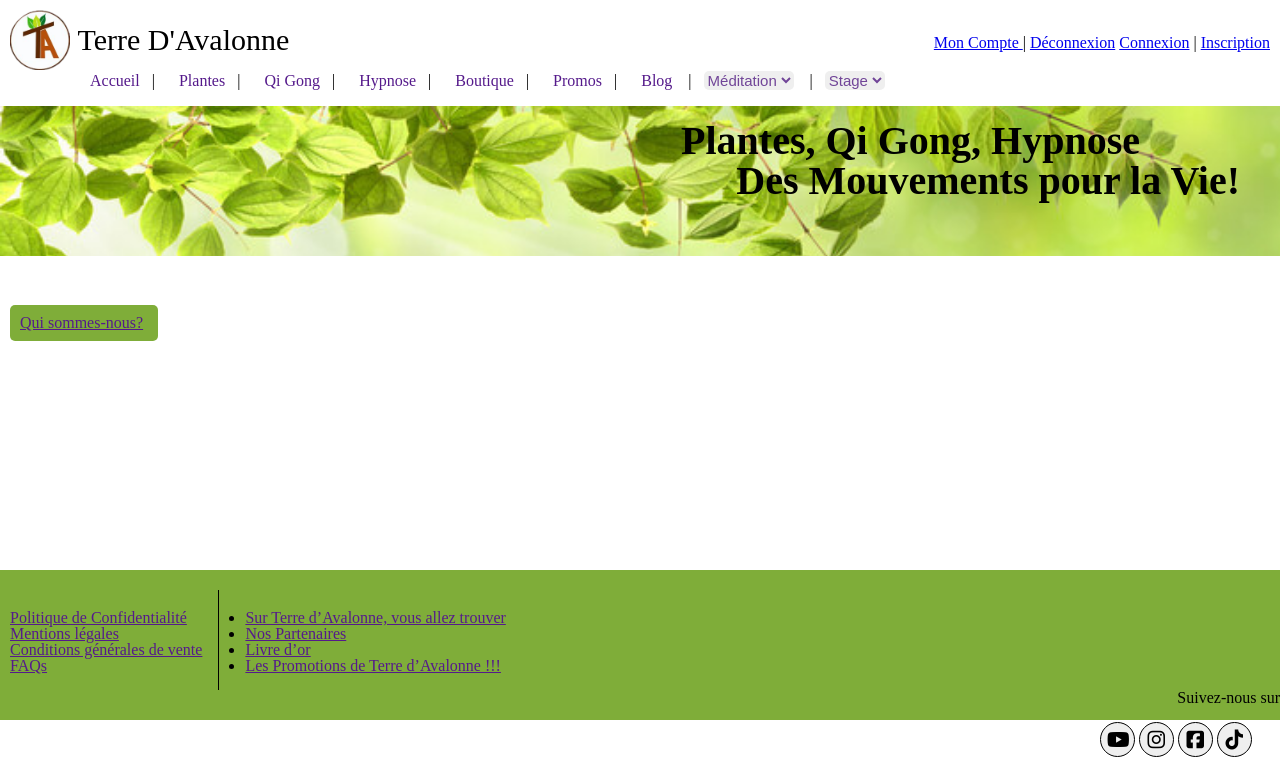
Repository: Michelhof1978/TerreDavalonne
Page: templates/base.html
The author's editor kept a copy of each file at every save. The page is drawn from the files as they stood at one save, then again after a run of saves.
The browser window is 1280 px wide. The pictures show the whole page.
Some web fonts or font styles are not loaded; a fallback is used. Some web libraries are served in a nearby version.

Above is the page before, as saved 2022-05-04 15:31:56.

### templates/base.html
<!DOCTYPE html>
<html lang="fr">

<head>
  <meta charset="UTF-8">
  <meta http-equiv="X-UA-Compatible" content="IE=edge">
  <meta name="viewport" content="width=device-width, initial-scale=1.0">
  <title>Newsletter</title>
  <link rel="stylesheet" href="/assets/reset.css" type="text/css">
  <script src="https://kit.fontawesome.com/a9becd4f18.js" crossorigin="anonymous"></script>
  <link rel="preconnect" href="https://fonts.googleapis.com">
  <link rel="preconnect" href="https://fonts.gstatic.com" crossorigin>
  <link
    href="https://fonts.googleapis.com/css2?family=Cairo:wght@500&family=Dancing+Script:wght@600;700&family=Ms+Madi&family=Updock&display=swap"
    rel="stylesheet">
</head>

<body>
  <header>
    <div style="float: left; padding:auto">
      <img class="logoTerreDavalonne" src="/assets/img/logoTerreDavalonne.png" alt="logo terre d'avalonne">
    </div>
    <div style="padding:10px">
      <h1 style="margin-top:15px">&nbspTerre D'Avalonne</h1>
    </div>

    <div class="login">

      <a href="{{path('account')}}">Mon Compte <small> </small></a> | <a href="{{path('app_logout')}}">Déconnexion</a>

      <a href="{{path('app_login')}}">Connexion</a> | <a href="{{path('registrer')}}">Inscription</a>

    </div>
    </div>


    <nav>
      <ul class="nav">
        <li class="nav-item">
          <a class="nav-link" href="">Accueil</a>&nbsp&nbsp&nbsp|
        </li>

        <li class="nav-item">
          <a class="nav-link" href="">Plantes</a>&nbsp&nbsp&nbsp|
        </li>

        <li class="nav-item">
          <a class="nav-link" href="">Qi Gong</a>&nbsp&nbsp&nbsp|
        </li>

        <li class="nav-item">
          <a href="">Hypnose</a>&nbsp&nbsp&nbsp|
        </li>

        <li class="nav-item">
          <a class="nav-link" href="">Boutique</a>&nbsp&nbsp&nbsp|
        </li>

        <li class="nav-item">
          <a class="nav-link" href="">Promos</a>&nbsp&nbsp&nbsp|
        </li>

        <li class="nav-item">
          <a class="nav-link" href="">Blog </a>&nbsp&nbsp&nbsp|&nbsp&nbsp
        </li>

        <select class=form-control>
          <option value=un>Méditation</option>
          <option value=deux>Deux</option>
          <option value=trois>Trois</option>
        </select>
        &nbsp&nbsp&nbsp|&nbsp&nbsp
        <select class=form-control>
          <option value=un>Stage</option>
          <option value=deux>Deux</option>
          <option value=trois>Trois</option>
        </select>
      </ul>

    </nav>




  </header>

  <div class="banniere">
    <div class="btn-banniere">
      <a class="link-banniere" href="">Qui sommes-nous?</a>
    </div>

    <div class="textBaniere ">Plantes, Qi Gong, Hypnose &nbsp&nbsp&nbsp&nbsp&nbsp&nbsp&nbsp&nbsp&nbsp<br>
      Des Mouvements pour la Vie!
    </div>
  </div>


















  <footer>
    <div style="display: flex;">
      <ul class="ulFooter">
        <li>
          <a href="">Politique de Confidentialité</a>
        </li>
        <li>
          <a href="">Mentions légales</a>
        </li>
        <li class>
          <a href="">Conditions générales de vente</a>
        </li>
        <li class>
          <a href="">FAQs</a>
        </li>
      </ul>
      <div class="footer-separator"></div>
      <ul class="ulFooter">
        <li>
          <a href="">Sur Terre d’Avalonne, vous allez trouver</a>
        </li>
        <li>
          <a href="">Nos Partenaires</a>
        </li>
        <li class>
          <a href="">Livre d’or</a>
        </li>
        <li class>
          <a href="">Les Promotions de Terre d’Avalonne !!!</a>
        </li>
      </ul>
    </div>

    <div class="reseaux">
      <p class="suivez-nous">Suivez-nous sur</p>
      <div class="reseauButton">
        <button class="reseaux1"><a href="https://www.youtube.com/results?search_query=terre+d%27avalonne" <i
            class="fa-brands fa-youtube" style="font-size:20px;text-decoration:none;color:black;"></i></a></button>
        <button class="reseaux2"><a href="https://www.instagram.com/terredavalonne/" <i class="fa fa-instagram"
            style="font-size:20px;text-decoration:none;color:black;"></i></a></button>
        <button class="reseaux3"><a href="https://www.facebook.com/Avalonne.naturopathe.lyon/" <i
            class="fa-brands fa-facebook-square"
            style="font-size:20px;text-decoration:none;color:black;"></i></a></button>
        <button class="reseaux4"><a href="https://www.tiktok.com/@terre_d_avalonne" <i class="fa-brands fa-tiktok"
            style="font-size:20px;text-decoration:none;color:black;"></i></a></button>

      </div>

  </footer>



</body>

<style>
  .logoTerreDavalonne {
    width: 60px;
    height: 60px;
    margin-left: 10px;
    margin-top: 10px;
  }

  h1 {
    font-size: 30px;
    margin: auto;
  }

  .login {
    text-align: end;
    color: black;
    text-decoration: none;
    margin-right: 10px;
    margin-top: -30px;
  }

  ul {
    padding-top: 20px;
    font-size: 1rem;

  }

  .nav-item {
    display: inline;
    padding-left: 20px;

  }

  nav a {
    text-decoration: none;
  }


  nav a:hover {
    color: #0d3d9e;
  }

  .form-control {
    border-radius: 5px;
    border: 0px solid;
    font-size: 15px;
    color: rgba(89, 37, 135, 0.845);
  }

  .banniere {
    background-image: url("/assets/img/BanniereProvisoir.jpg");
    background-size: 100%;
    height: 150px;

  }

  .textBaniere {
    padding-right: 40px;
    font-size: 40px;
    text-align: right;
    padding-top: 15px;
    font-weight: 600;
    font-family: 'Cairo', sans-serif;
    font-family: 'Dancing Script', cursive;
    font-family: 'Ms Madi', cursive;
    font-family: 'Updock', cursive;

  }


  .btn-banniere {
    width: 10%;
    background-color: #7FAD39;
    padding: 10px;
    border-radius: 5px;
    cursor: pointer;
    position: absolute;
    top: 41%;
    margin: 10px;
    text-decoration: none;
    color: white;

  }

  .btn-banniere:hover {
    background-color: #99f80a;
  }


  .reseauButton {
    padding-right: 28px;
  }

  footer {
    position: absolute;
    bottom: 0;
    width: 100%;
    height: 130px;
    background-color: #7FAD39;
    padding-top: 20px;
  }

  .ulFooter {
    text-align: left;
    padding-left: 10px;
  }

  .footer-separator {
    width: 1px;
    margin-left: 16px;
    margin-right: 16px;
    background-color: #000;
  }

  .reseaux {
    text-align: end;
  }

  .reseaux1,
  .reseaux2,
  .reseaux3,
  .reseaux4 {
    height: 35px;
    width: 35px;
    border-radius: 50%;
    border: 1px solid #000;
    text-align: end;
    padding-right: 8px;
  }

  .reseaux1:hover {

    background-color: rgba(224, 107, 107, 0.919);
  }

  .reseaux2:hover {
    background-color: rgba(168, 73, 168, 0.848);
  }

  .reseaux3:hover {
    background-color: rgba(63, 162, 189, 0.554);
  }

  .reseaux4:hover {
    background-color: rgb(230, 157, 12);
  }
</style>

</html>

### assets/reset.css

  html,
  body,
  div,
  span,
  applet,
  object,
  iframe,
  h1,
  h2,
  h3,
  h4,
  h5,
  h6,
  p,
  blockquote,
  pre,
  a,
  abbr,
  acronym,
  address,
  big,
  cite,
  code,
  del,
  dfn,
  em,
  img,
  ins,
  kbd,
  q,
  s,
  samp,
  small,
  strike,
  strong,
  sub,
  sup,
  tt,
  var,
  b,
  u,
  i,
  center,
  dl,
  dt,
  dd,
  ol,
  ul,
  li,
  fieldset,
  form,
  label,
  legend,
  table,
  caption,
  tbody,
  tfoot,
  thead,
  tr,
  th,
  td,
  article,
  aside,
  canvas,
  details,
  embed,
  figure,
  figcaption,
  footer,
  header,
  hgroup,
  menu,
  nav,
  output,
  ruby,
  section,
  summary,
  time,
  mark,
  audio,
  video {
    margin-left: 0;
    margin-right: 0;
    margin-top: 0;
    padding: 0;
    border: 0;
    font-size: 100%;
    font: inherit;
    vertical-align: baseline;
  }

  /* HTML5 display-role reset for older browsers */
  article,
  aside,
  details,
  figcaption,
  figure,
  footer,
  header,
  hgroup,
  menu,
  nav,
  section {
    display: block;
  }

  body {
    line-height: 1;
  }

After the next 5 saves:
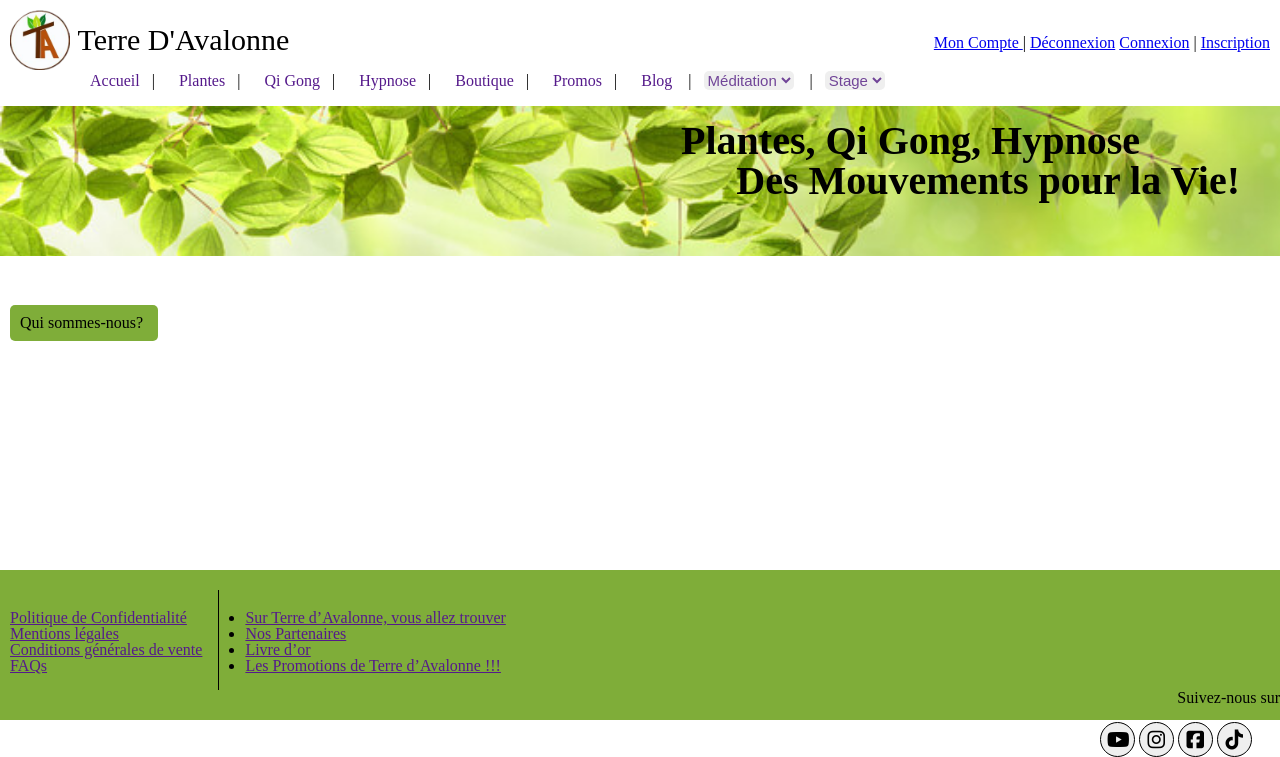
The 5 saves are shown as one change because they came seconds apart.
The last was saved 16 s later.
--- a/templates/base.html
+++ b/templates/base.html
@@ -234,6 +234,10 @@
 
   }
 
+  .link-banniere{
+    text-decoration: none;
+    color: black;
+  }
 
   .btn-banniere {
     width: 10%;
